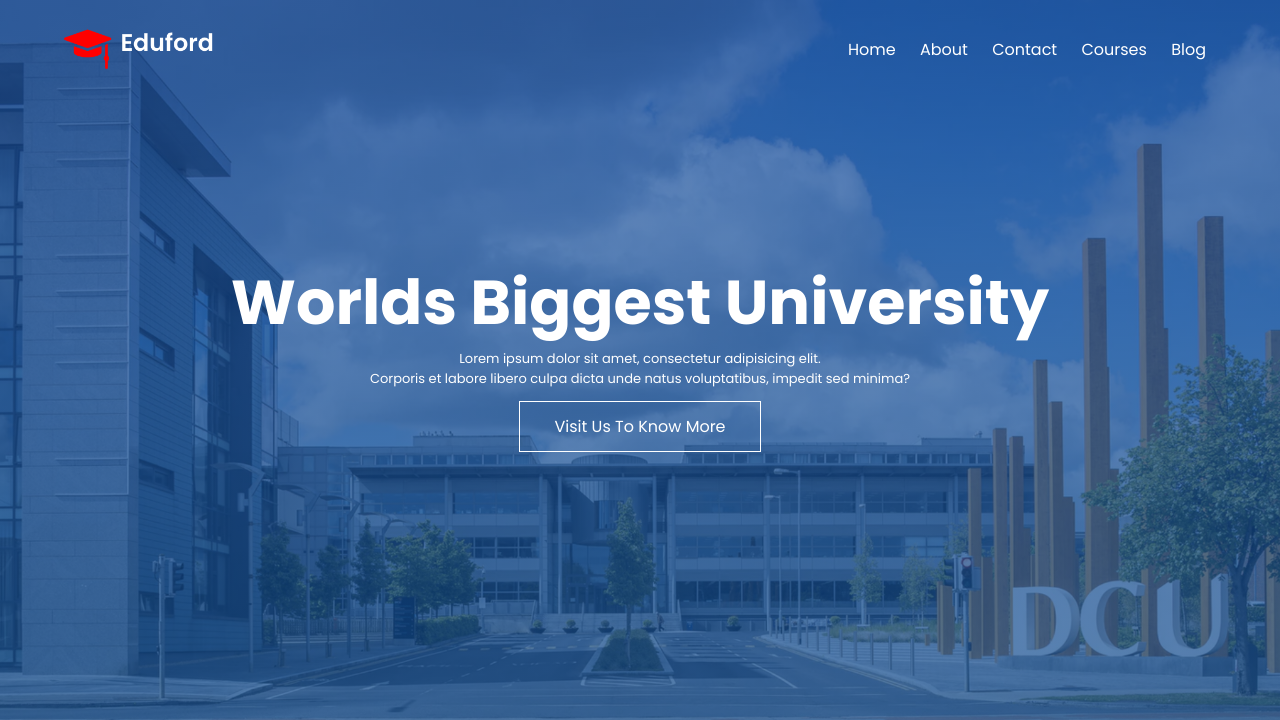
Repository: yashrajverma/Practise
Page: index.html
An editor plug-in stored every save of this project. The page is shown before and after the next save, followed by the edit.
The browser window is 1280 px wide. The pictures show the whole page.

Above is the page before, as saved 2021-04-27 11:36:50.

### index.html
<!DOCTYPE html>
<html lang="en">
  <head>
    <meta charset="UTF-8" />
    <meta name="viewport" content="width=device-width, initial-scale=1.0" />
    <title>Website</title>
    <link rel="stylesheet" href="style.css" />
    <link rel="preconnect" href="https://fonts.gstatic.com">
<link href="https://fonts.googleapis.com/css2?family=Poppins:ital,wght@0,100;0,400;0,600;0,700;1,500&display=swap" rel="stylesheet">
<link rel="stylesheet" href="https://cdn.jsdelivr.net/npm/@fortawesome/fontawesome-free@5.15.3/css/fontawesome.min.css" integrity="sha384-wESLQ85D6gbsF459vf1CiZ2+rr+CsxRY0RpiF1tLlQpDnAgg6rwdsUF1+Ics2bni" crossorigin="anonymous">
</head>
  <body>
    <section class="header">
        <nav>
         <a href="index.html"><img src="eduford_img/logo.png" alt="logo" class="nav-img"/></a>
          <div class="nav-links">
             <ul>
            <li><a href="#">Home</a></li>
            <li><a href="#">About</a></li>
            <li><a href="#">Contact</a></li>
            <li><a href="#">Courses</a></li>
            <li><a href="#">Blog</a></li>
          </ul>
          </div>
        </nav>

        <div class="text-box">
          <h1>
            Worlds Biggest University
          </h1>
          <p>
            Lorem ipsum dolor sit amet, consectetur adipisicing elit. <br>
            Corporis et labore libero culpa dicta unde natus voluptatibus, impedit sed minima?
          </p>
          <a href="#">Visit Us To Know More</a>
        </div>
    </section>
  </body>
</html>

### style.css
*{
    margin: 0;
    padding: 0;
    font-family: 'Poppins', sans-serif;
}

.header{
    width: 100%;
    min-height: 100vh;
    background:linear-gradient(rgba(23, 76, 156, 0.7),rgba(17, 75, 141, 0.7)) ,url('./eduford_img/banner.png');
    background-position: fixed;
    background-size: cover;
    background-repeat: no-repeat;
    position: relative;
}
nav{
    display: flex;
    align-items: center;
    justify-content: space-between;
    padding: 2% 5%;
}
.nav-img{
    width: 150px;
}
.nav-links{
    flex:1;
    text-align: right;
}
.nav-links ul li{
    list-style: none;
    padding: 0 10px ;
    display: inline-block;
    position: relative;
}
.nav-links ul li  a{
    text-decoration: none;
    color: white;

}
.nav-links ul li::after{
    width: 0;
    height: 2px;
    content: '';
    background-color: #f44336;
    display: block;
    margin: auto;
    transition: 0.4s;
}
.nav-links ul li:hover::after{
    width: 100%;
    box-shadow: 0px 0px 13px #f44336;
}
.text-box{
    width: 90%;
    text-align: center;
    position: absolute;
    top: 50%;
    left: 50%;
    transform: translate(-50%,-50%);
    color: white;
}
.text-box h1{
    font-size: 62px;
}
.text-box p{
    font-size: 13px;
}
.text-box a{
    display: inline-block;
    padding: 12px 34px ;
    color: white;
    text-decoration: none;
    position: relative;
    margin: 12px;
    border: 1px solid white;
    background: transparent;
    transition: 0.4s;
}
.text-box a:hover{
    background: #f44336;
    border:1px solid #f44336;
    box-shadow: 0px 0px 13px #f44336;
}

@media(max-width:700px){
    .text-box h1{
        font-size: 20px;
    }
    .nav-links ul li{
        display: block;
    }
    .nav-links{
        position: absolute;
        top: 0;
        right: 0;
        background: #f44336;
        width: 200px;
        height: 100vh;
        text-align: left;
        z-index: 2;
    }
}

After the next save:
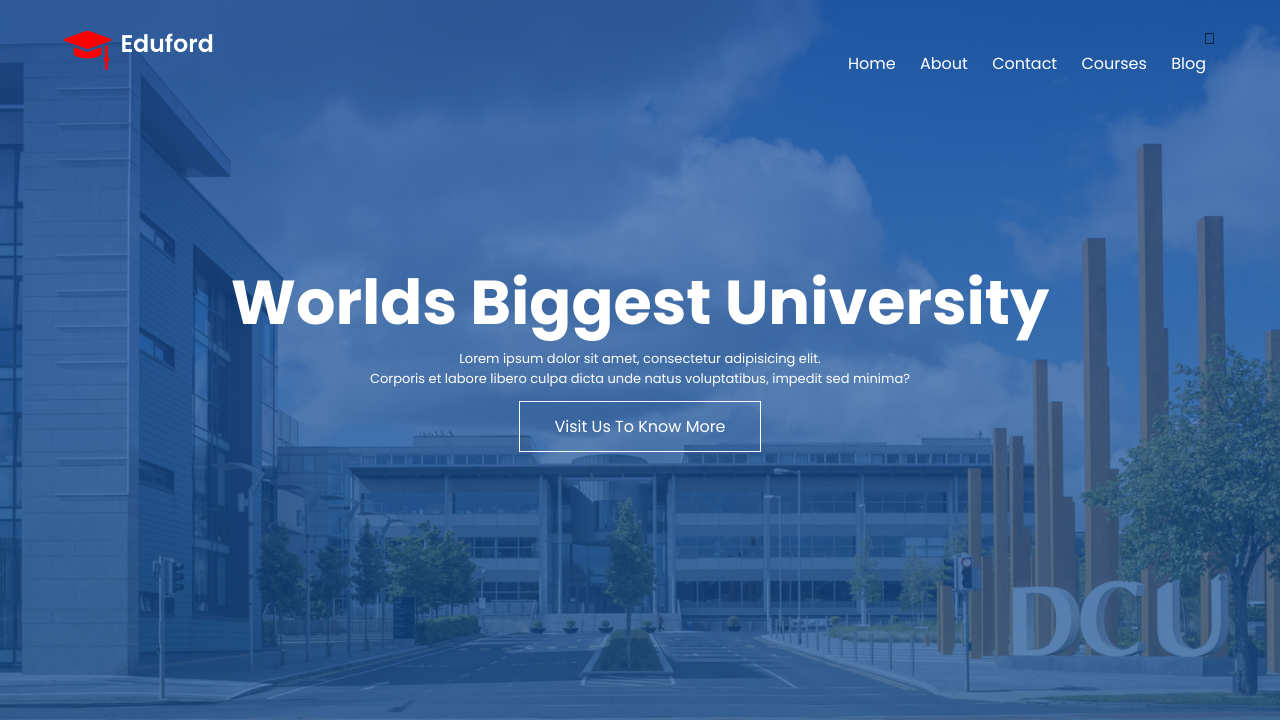
Saved 67 s later.
--- a/index.html
+++ b/index.html
@@ -14,6 +14,7 @@
         <nav>
          <a href="index.html"><img src="eduford_img/logo.png" alt="logo" class="nav-img"/></a>
           <div class="nav-links">
+            <i class="fa fa-times-circle" aria-hidden="true"></i>
              <ul>
             <li><a href="#">Home</a></li>
             <li><a href="#">About</a></li>
